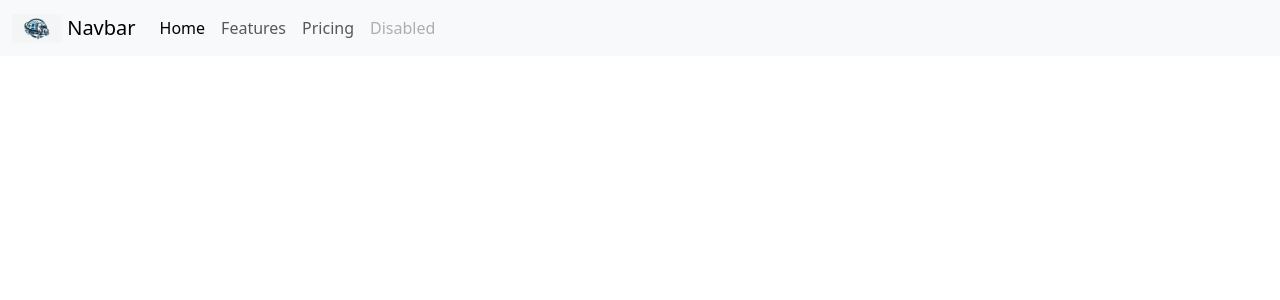
Repository: VictoriousMango/WebCreator
Page: index.html
These files come from the project's save history. The page is drawn as it stood at one moment and after the next save; the edit follows.
The browser window is 1280 px wide. The pictures show the whole page.

Above is the page before, as saved 2024-11-09 11:16:52.

### index.html
<!DOCTYPE html>
<html lang="en">

<head>
    <meta charset="UTF-8">
    <meta name="viewport" content="width=device-width, initial-scale=1.0">
    <title>Web Creator</title>
    <link href="https://cdn.jsdelivr.net/npm/bootstrap@5.3.3/dist/css/bootstrap.min.css" rel="stylesheet"
        integrity="sha384-QWTKZyjpPEjISv5WaRU9OFeRpok6YctnYmDr5pNlyT2bRjXh0JMhjY6hW+ALEwIH" crossorigin="anonymous">
</head>

<body>
    <!-- Navbar -->
    <nav class="navbar navbar-expand-lg bg-body-tertiary">
        <div class="container-fluid">
            <a class="navbar-brand" href="#">
                <img src="public\Logo.png" alt="Logo" width="50px" class="d-inline-block align-text-top">
                Navbar
            </a>
            <button class="navbar-toggler" type="button" data-bs-toggle="collapse" data-bs-target="#navbarNav"
                aria-controls="navbarNav" aria-expanded="false" aria-label="Toggle navigation">
                <span class="navbar-toggler-icon"></span>
            </button>
            <div class="collapse navbar-collapse" id="navbarNav">
                <ul class="navbar-nav">
                    <li class="nav-item">
                        <a class="nav-link active" aria-current="page" href="#">Home</a>
                    </li>
                    <li class="nav-item">
                        <a class="nav-link" href="#">Features</a>
                    </li>
                    <li class="nav-item">
                        <a class="nav-link" href="#">Pricing</a>
                    </li>
                    <li class="nav-item">
                        <a class="nav-link disabled" aria-disabled="true">Disabled</a>
                    </li>
                </ul>
            </div>
        </div>
    </nav>
    <!-- NavBar -->
    <!-- Scripts -->
    <script src="https://cdn.jsdelivr.net/npm/bootstrap@5.3.3/dist/js/bootstrap.bundle.min.js"
        integrity="sha384-YvpcrYf0tY3lHB60NNkmXc5s9fDVZLESaAA55NDzOxhy9GkcIdslK1eN7N6jIeHz"
        crossorigin="anonymous"></script>
    <script src="https://cdn.jsdelivr.net/npm/@popperjs/core@2.11.8/dist/umd/popper.min.js"
        integrity="sha384-I7E8VVD/ismYTF4hNIPjVp/Zjvgyol6VFvRkX/vR+Vc4jQkC+hVqc2pM8ODewa9r"
        crossorigin="anonymous"></script>
    <script src="https://cdn.jsdelivr.net/npm/bootstrap@5.3.3/dist/js/bootstrap.min.js"
        integrity="sha384-0pUGZvbkm6XF6gxjEnlmuGrJXVbNuzT9qBBavbLwCsOGabYfZo0T0to5eqruptLy"
        crossorigin="anonymous"></script>
</body>

</html>

After the next save:
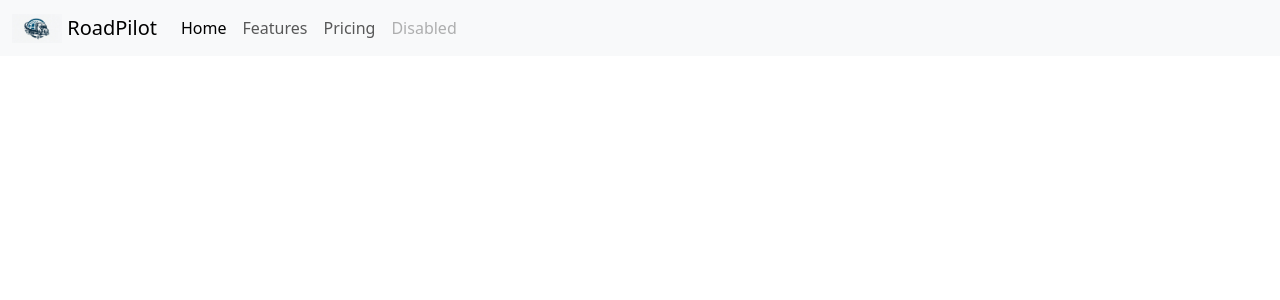
Saved 61 s later.
--- a/index.html
+++ b/index.html
@@ -15,7 +15,7 @@
         <div class="container-fluid">
             <a class="navbar-brand" href="#">
                 <img src="public\Logo.png" alt="Logo" width="50px" class="d-inline-block align-text-top">
-                Navbar
+                RoadPilot
             </a>
             <button class="navbar-toggler" type="button" data-bs-toggle="collapse" data-bs-target="#navbarNav"
                 aria-controls="navbarNav" aria-expanded="false" aria-label="Toggle navigation">
